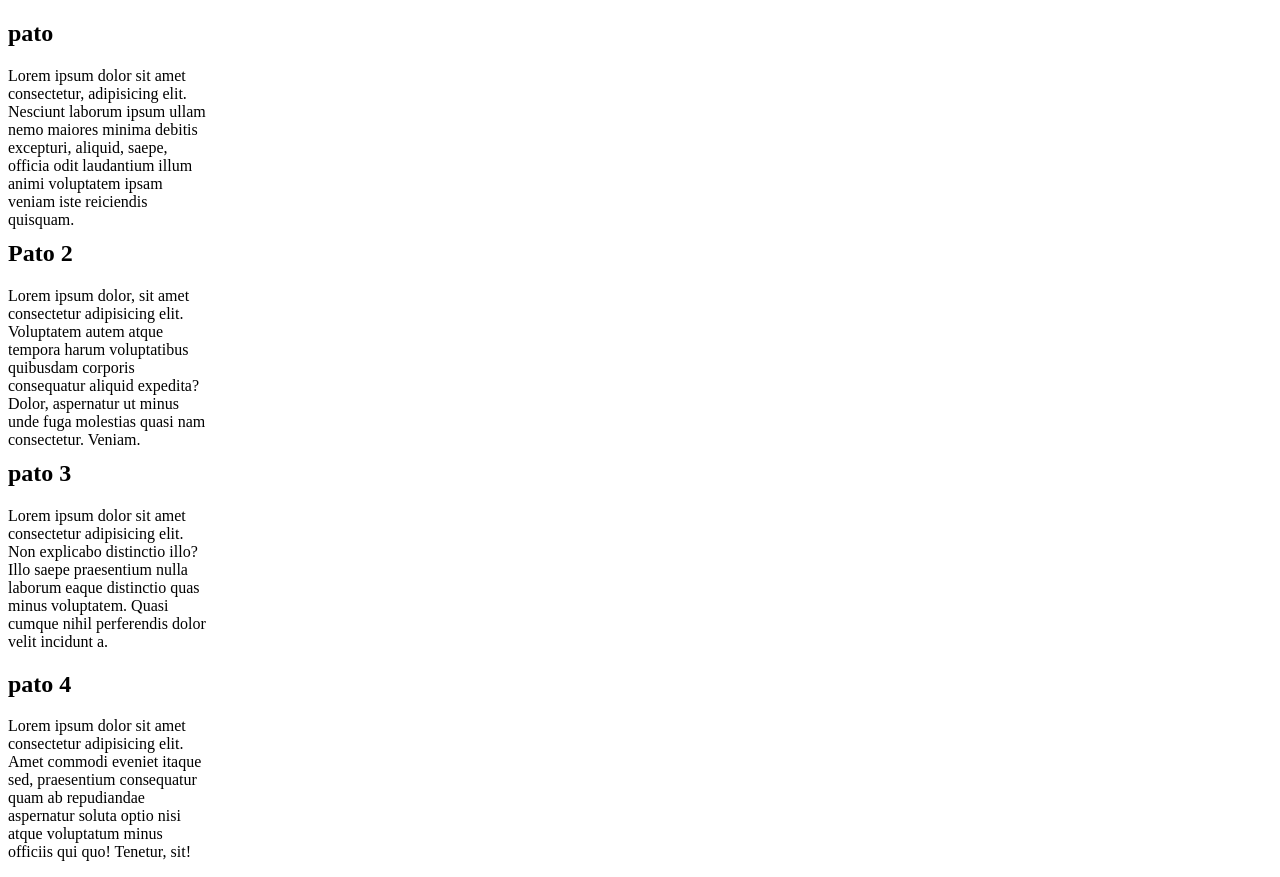
Repository: viviij/Fun-es-Simples-JavaScript
Page: index.html
An editor plug-in stored every save of this project. The page is shown before and after the next save, followed by the edit.
The browser window is 1280 px wide. The pictures show the whole page.

Above is the page before, as saved 2022-08-25 20:45:21.

After the next save:
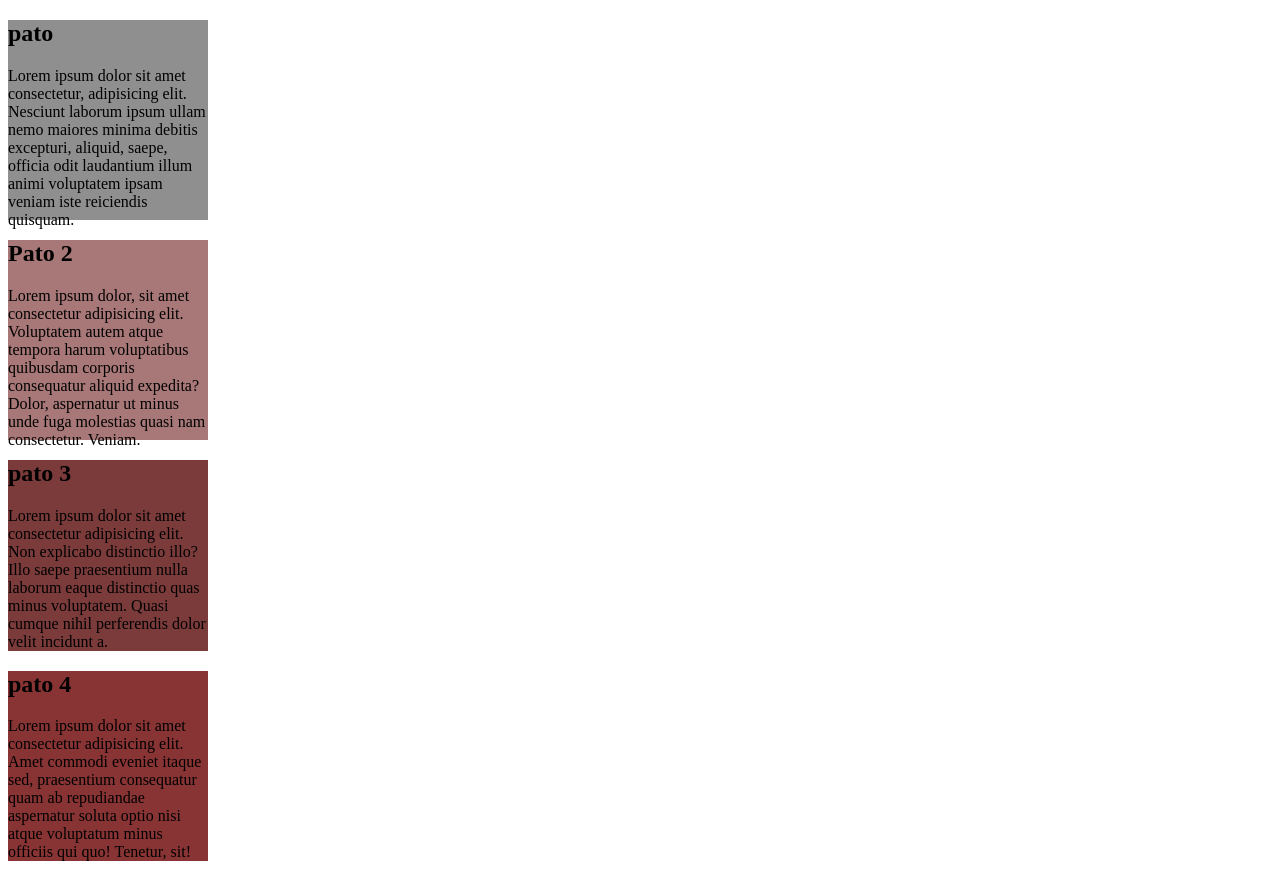
Saved 2 min 19 s later.
--- a/styles.css
+++ b/styles.css
@@ -8,3 +8,19 @@
   max-height: 200px;
   max-width: 200px;
 }
+
+.container .questao_1 {
+  background: #8f8f8f;
+}
+
+.container .questao_2 {
+  background: #a87777
+}
+
+.container .questao_3 {
+  background: #7c3b3b
+}
+
+.container .questao_4 {
+  background: #893434
+}
